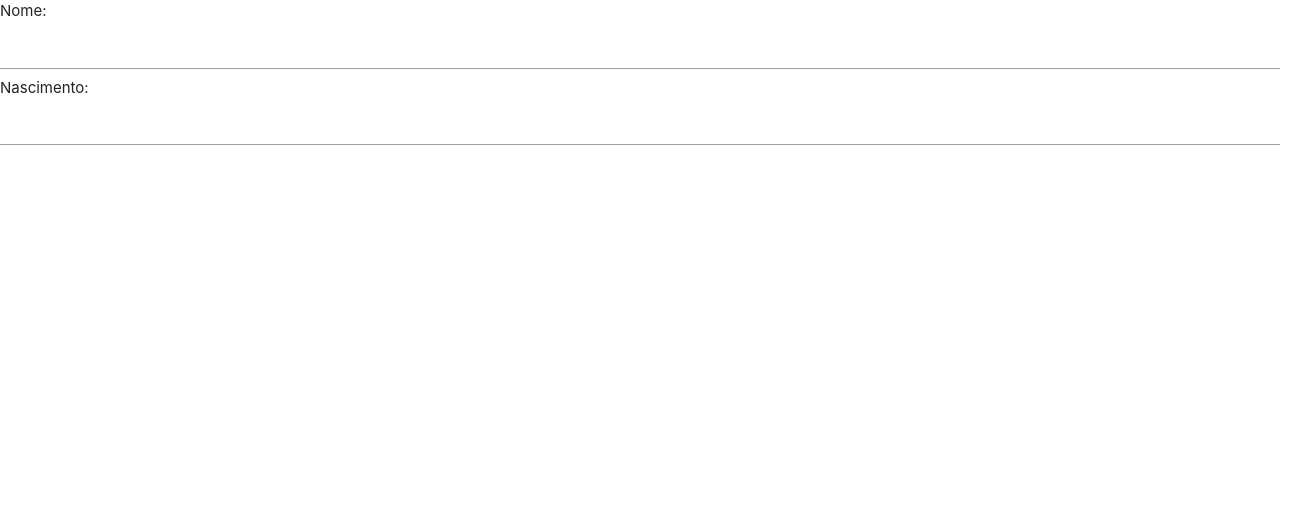
Repository: luizasilveira/TechWeb
Page: Projeto1/techWebP1/WebContent/register.html
The author's editor kept a copy of each file at every save. The page is drawn from the files as they stood at one save, then again after the next save.
The browser window is 1280 px wide. The page is 1280 px wide, then 1291 px, so the pictures cover 1291 px, including what lies to the right of the window. The pictures show the whole page.

Above is the page before, as saved 2019-09-08 17:46:47.

After the next save:
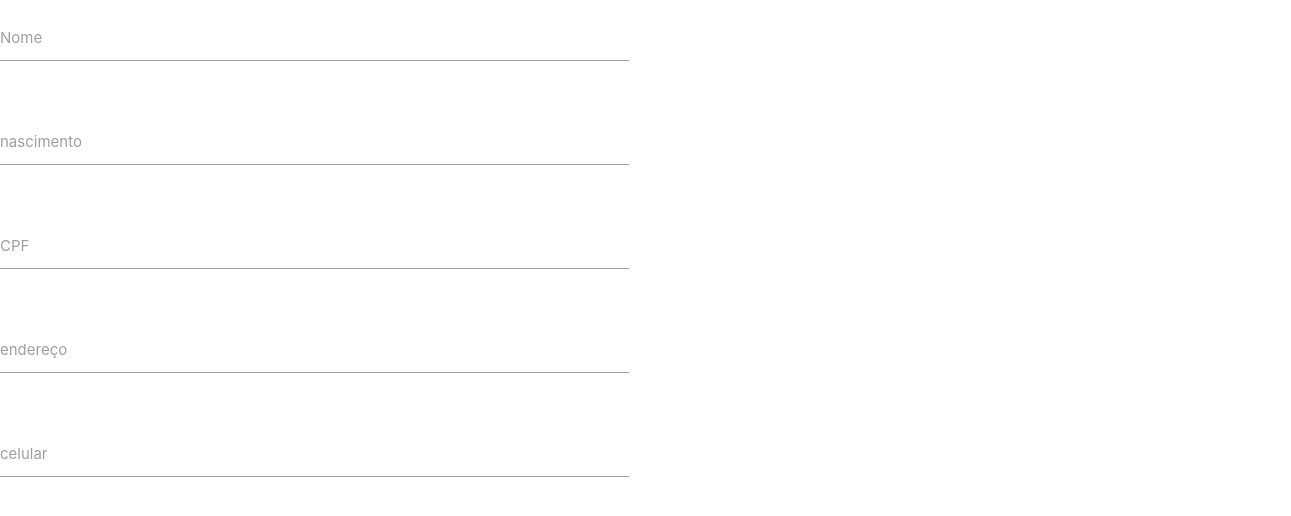
Saved 34 s later.
--- a/Projeto1/techWebP1/WebContent/register.html
+++ b/Projeto1/techWebP1/WebContent/register.html
@@ -12,12 +12,37 @@
 </head>
 
 <body>
-	<form action="./AddClients" method="POST" >
-		Nome: <input type='text' name='nome'><br>
-		Nascimento: <input type='text' name='nascimento'><br>
-
-
-
+	<form action="AddClients" method="POST" class="col s12">
+		<div class="row">
+			<div class="input-field col s6">
+				<input id="Nome" type="text" class="validate"> <label
+					for="first_name">Nome </label>
+			</div>
+		</div>
+		<div class="row">
+			<div class="input-field col s6">
+				<input id="nascimento" type="text" class="validate"> <label
+					for="nascimento">nascimento</label>
+			</div>
+		</div>
+		<div class="row">
+			<div class="input-field col s6">
+				<input id="CPF" type="text" class="validate"> <label
+					for="CPF">CPF</label>
+			</div>
+		</div>
+		<div class="row">
+			<div class="input-field col s6">
+				<input id="endereço" type="text" class="validate"> <label
+					for="endereço">endereço</label>
+			</div>
+		</div>
+		<div class="row">
+			<div class="input-field col s6">
+				<input id="celular" type="text" class="validate"> <label
+					for="celular">celular</label>
+			</div>
+		</div>
 	</form>
 
 	<script src="https://code.jquery.com/jquery-1.12.0.min.js"></script>
